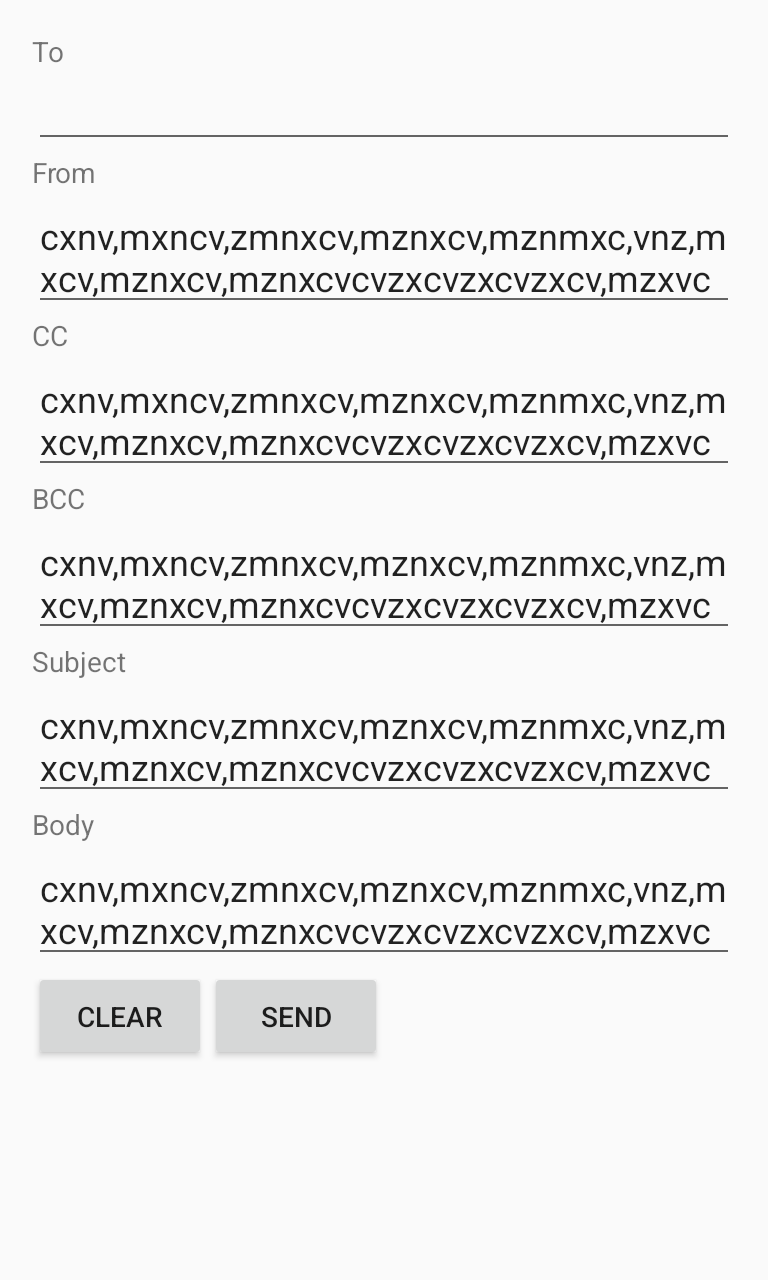
Repository: tmccartan/Android
Layout: Assignment1/res/layout/activity_email_composition.xml
The author's editor kept a copy of each file at every save. The layout is drawn from the files as they stood at one save, then again after the next save.
It is drawn on a 768 x 1280 px phone screen (xhdpi) without system bars, with theme Theme.AppCompat.Light; the app's code is not run. The app's manifest (not shown) leaves right-to-left support off. So textAlignment, textDirection and layoutDirection are ignored, and left and right values win over start and end ones.

Above is the layout before, as saved 2015-03-03 21:30:20.

After the next save:
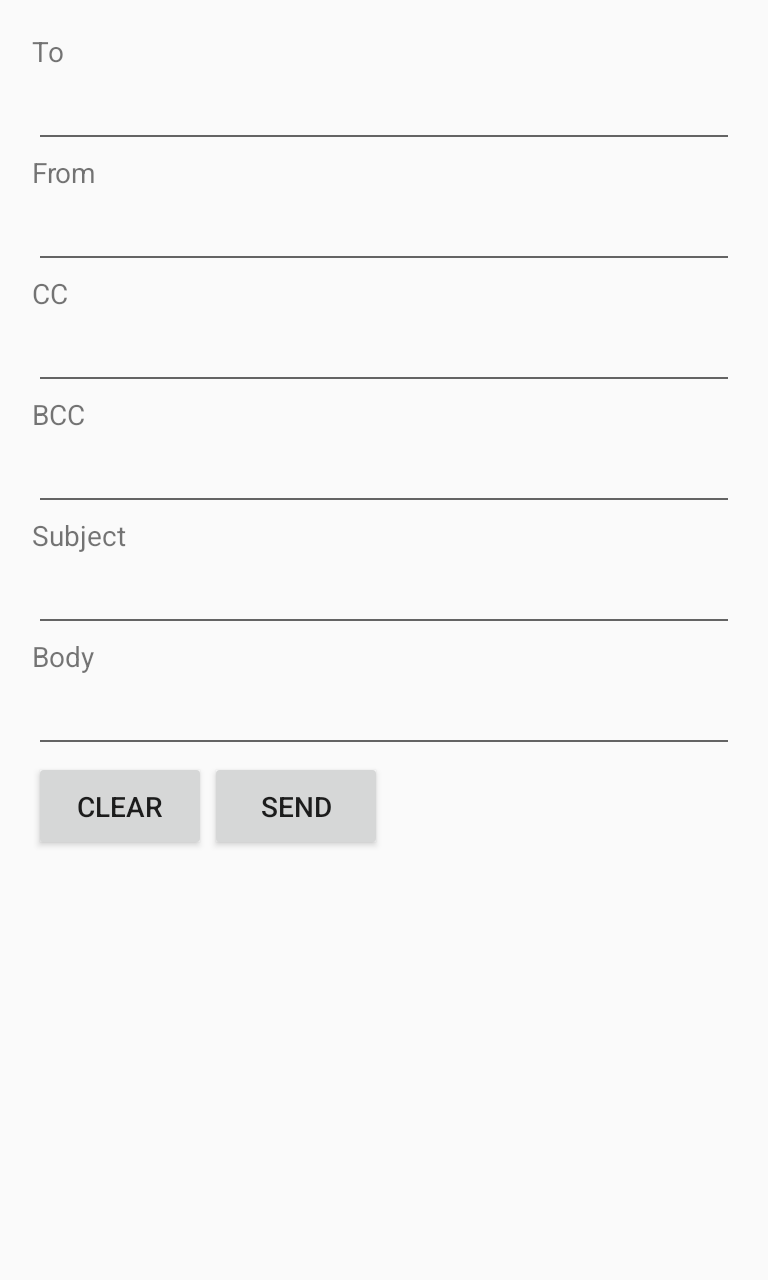
Saved 7 min 55 s later.
--- a/Assignment1/res/layout/activity_email_composition.xml
+++ b/Assignment1/res/layout/activity_email_composition.xml
@@ -71,8 +71,7 @@
                 <EditText
                     android:id="@+id/txtFrom"
                     android:layout_width="wrap_content"
-                    android:layout_height="wrap_content"
-                    android:text="cxnv,mxncv,zmnxcv,mznxcv,mznmxc,vnz,mxcv,mznxcv,mznxcvcvzxcvzxcvzxcv,mzxvc" />
+                    android:layout_height="wrap_content" />
 
             </TableRow>
 
@@ -98,8 +97,7 @@
                     android:id="@+id/txtCC"
                     android:layout_width="wrap_content"
                     android:layout_height="wrap_content"
-                    android:ems="10"
-                    android:text="cxnv,mxncv,zmnxcv,mznxcv,mznmxc,vnz,mxcv,mznxcv,mznxcvcvzxcvzxcvzxcv,mzxvc" />
+                    android:ems="10" />
 
             </TableRow>
 
@@ -126,8 +124,7 @@
                     android:id="@+id/txtBCC"
                     android:layout_width="wrap_content"
                     android:layout_height="wrap_content"
-                    android:ems="10"
-                    android:text="cxnv,mxncv,zmnxcv,mznxcv,mznmxc,vnz,mxcv,mznxcv,mznxcvcvzxcvzxcvzxcv,mzxvc" />
+                    android:ems="10" />
 
             </TableRow>
 
@@ -153,8 +150,7 @@
                     android:id="@+id/txtSubject"
                     android:layout_width="wrap_content"
                     android:layout_height="wrap_content"
-                    android:ems="10"
-                    android:text="cxnv,mxncv,zmnxcv,mznxcv,mznmxc,vnz,mxcv,mznxcv,mznxcvcvzxcvzxcvzxcv,mzxvc" />
+                    android:ems="10" />
 
             </TableRow>
 
@@ -181,8 +177,7 @@
                     android:layout_width="wrap_content"
                     android:layout_height="wrap_content"
                     android:ems="10"
-                    android:inputType="textMultiLine"
-                    android:text="cxnv,mxncv,zmnxcv,mznxcv,mznmxc,vnz,mxcv,mznxcv,mznxcvcvzxcvzxcvzxcv,mzxvc" />
+                    android:inputType="textMultiLine" />
 
             </TableRow>
 
